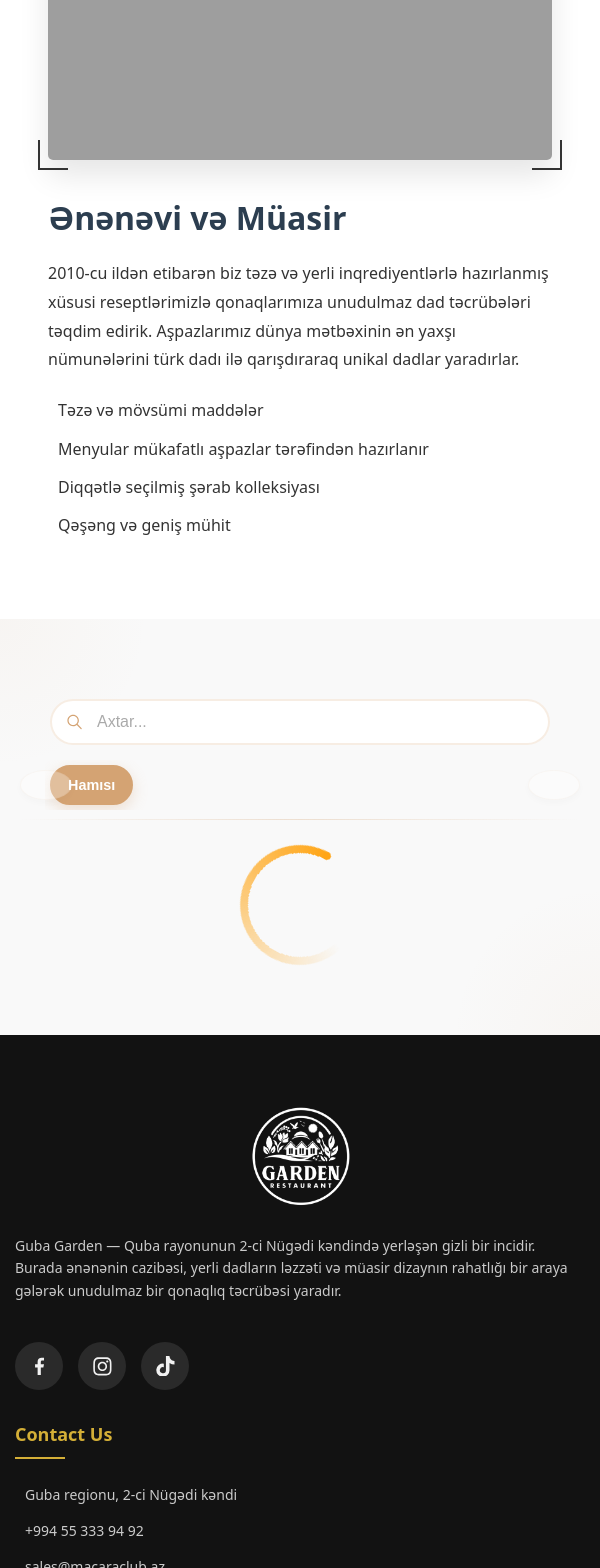
Repository: ferhadsultan98/menu-macara
Page: /
The author's editor kept a copy of each file at every save. The page is drawn from the files as they stood at one save, then again after a run of saves.
The browser window is 600 px wide. The pictures show the part of the page from y = 1058 to 2626 px (the page is 3034 px tall).
Pictures or frames that could not be fetched are drawn as grey boxes. The page's requests for data from a server got no answer. The project was rebuilt for these pictures with package versions that can differ from the ones it lists, and the page was loaded fresh each time. No one was signed in, and anything a server would have sent is missing. Also part of the build but not shown: vite.config.js.

Above is the page before, as saved 2025-04-17 18:02:56.

### index.html
<!doctype html>
<html lang="en">
  <head>
    <meta charset="UTF-8" />
    <link rel="shortcut icon" href="/src/assets/logo.png" type="image/x-icon">
    <meta name="viewport" content="width=device-width, initial-scale=1.0" />
    <title>Guba Garden - Menu</title>
  </head>
  <body>
    <div id="root"></div>
    <script type="module" src="/src/main.jsx"></script>
  </body>
</html>

### src/App.jsx
import React, { useRef } from "react";
import { I18nextProvider } from "react-i18next";
import i18n from "./Languages/i18n";
import "./App.scss";
import MainLayout from "./Components/Common/MainLayout";
import Home from "./Pages/Home/Home";
import MenuSection from "./Pages/MenuSection/MenuSection";

function App() {
  const menuSectionRef = useRef(null);

  const scrollToMenu = () => {
    if (menuSectionRef.current) {
      menuSectionRef.current.scrollIntoView({ behavior: "smooth" });
    }
  };
  return (
    <I18nextProvider i18n={i18n}>
      <div className="app-container">
        <MainLayout>
        <Home scrollToMenu={scrollToMenu} />
          <MenuSection ref={menuSectionRef} />
        </MainLayout>
      </div>
    </I18nextProvider>
  );
}

export default App;

### src/App.scss
* {
  margin: 0;
  padding: 0;
  box-sizing: border-box;
}

body {
  font-family: system-ui, -apple-system, BlinkMacSystemFont, "Segoe UI", Roboto,
    Oxygen, Ubuntu, Cantarell, "Open Sans", "Helvetica Neue", sans-serif;
}

### src/Components/Common/MainLayout.jsx
import React from 'react';
import Header from './Header/Header';
import Footer from './Footer/Footer';

const MainLayout = ({ children }) => {
  return (
    <>
      <Header />
      {children}
      <Footer />
    </>
  );
};

export default MainLayout;

### src/Pages/MenuSection/MenuSection.scss
// Mixins
@mixin flexCenter {
  display: flex;
  justify-content: center;
  align-items: center;
}

@mixin flexBetween {
  display: flex;
  justify-content: space-between;
  align-items: center;
}

@mixin hoverLift {
  transition: all 0.3s cubic-bezier(0.25, 0.8, 0.25, 1);
  &:hover {
    transform: translateY(-8px);
    box-shadow: 0 15px 35px rgba(0, 0, 0, 0.1);
  }
}

// Media query mixins
@mixin mobile {
  @media (max-width: 576px) {
    @content;
  }
}

@mixin tablet {
  @media (max-width: 768px) {
    @content;
  }
}

@mixin laptop {
  @media (max-width: 992px) {
    @content;
  }
}

@mixin desktop {
  @media (max-width: 1200px) {
    @content;
  }
}

// Animations
@keyframes fadeIn {
  from {
    opacity: 0;
    transform: translateY(20px);
  }
  to {
    opacity: 1;
    transform: translateY(0);
  }
}

@keyframes pulse {
  0% {
    transform: scale(1);
  }
  50% {
    transform: scale(1.05);
  }
  100% {
    transform: scale(1);
  }
}

@keyframes slideDown {
  from {
    transform: translateY(-100%);
  }
  to {
    transform: translateY(0);
  }
}

@keyframes searchPulse {
  0% {
    box-shadow: 0 0 0 0 rgba(212, 163, 115, 0.4);
  }
  70% {
    box-shadow: 0 0 0 8px rgba(212, 163, 115, 0);
  }
  100% {
    box-shadow: 0 0 0 0 rgba(212, 163, 115, 0);
  }
}

// Reset and Base Styles
.menuSection {
  padding: 100px 0;
  background-color: #f9f9f9;
  position: relative;
  overflow: hidden;

  @include laptop {
    padding: 80px 0;
  }

  @include tablet {
    padding: 70px 0;
  }

  @include mobile {
    padding: 50px 0;
  }

  &::before,
  &::after {
    content: "";
    position: absolute;
    width: 300px;
    height: 300px;
    border-radius: 50%;
    background: radial-gradient(
      circle,
      rgba(212, 163, 115, 0.05) 0%,
      rgba(212, 163, 115, 0) 70%
    );
    z-index: 0;
  }

  &::before {
    top: -150px;
    left: -150px;
  }

  &::after {
    bottom: -150px;
    right: -150px;
  }

  .container {
    max-width: 1200px;
    margin: 0 auto;
    padding: 0 20px;
    position: relative;
    z-index: 1;

    @include mobile {
      padding: 0 15px;
    }
  }

  &.hasSearchResults {
    .menuGrid {
      animation: fadeIn 0.5s ease forwards;
    }
  }
}

// Sticky Navbar
.menuNavbarWrapper {
  width: 100%;
  z-index: 100;
  transition: all 0.3s ease;
  position: relative;
  margin-bottom: 50px;

  @include tablet {
    margin-bottom: 30px;
  }

  @include mobile {
    margin-bottom: 25px;
  }

  &.sticky {
    position: fixed;
    top: 0;
    left: 0;
    right: 0;
    background-color: rgba(255, 255, 255, 0.98);
    box-shadow: 0 5px 15px rgba(0, 0, 0, 0.1);
    z-index: 1000;
    animation: slideDown 0.3s ease forwards;
    padding: 10px 0;

    .menuNavbarContent {
      padding: 10px 0;
    }

    .menuSearch {
      margin-bottom: 15px;

      .searchInputWrapper {
        max-width: 400px;

        @include mobile {
          max-width: 100%;
        }
      }

      .searchInput {
        padding: 10px 40px 10px 40px;
      }
    }
  }

  .menuNavbarContent {
    padding: 15px 0;
    display: flex;
    flex-direction: column;

    @include tablet {
      padding: 10px 0;
    }
  }
}

// Adjust menu content when navbar is sticky
.sticky + .menuContent {
  padding-top: 110px;

  @include tablet {
    padding-top: 130px;
  }

  @include mobile {
    padding-top: 110px;
  }
}

// Search component
.menuSearch {
  margin-bottom: 20px;

  @include mobile {
    margin-bottom: 15px;
  }

  .searchInputWrapper {
    position: relative;
    width: 100%;
    max-width: 500px;
    margin: 0 auto;
    transition: all 0.3s ease;

    @include mobile {
      max-width: 100%;
    }
  }

  .searchIcon {
    position: absolute;
    left: 15px;
    top: 50%;
    transform: translateY(-50%);
    font-size: 1.2rem;
    color: #d4a373;
    z-index: 2;

    @include mobile {
      font-size: 1rem;
      left: 12px;
    }
  }

  .searchInput {
    width: 100%;
    padding: 12px 40px 12px 45px;
    border-radius: 30px;
    border: 2px solid rgba(212, 163, 115, 0.2);
    font-size: 1rem;
    background-color: white;
    transition: all 0.3s ease;
    appearance: none;

    @include mobile {
      padding: 10px 35px 10px 38px;
      font-size: 0.95rem;
    }

    &:focus {
      outline: none;
      border-color: #d4a373;
      box-shadow: 0 0 0 3px rgba(212, 163, 115, 0.2);
    }

    &::placeholder {
      color: #aaa;
      transition: opacity 0.2s ease;
    }

    &:focus::placeholder {
      opacity: 0.7;
    }
  }

  .clearSearchButton {
    position: absolute;
    right: 15px;
    top: 50%;
    transform: translateY(-50%);
    background: none;
    border: none;
    font-size: 1.5rem;
    color: #aaa;
    cursor: pointer;
    padding: 0;
    width: 20px;
    height: 20px;
    display: flex;
    align-items: center;
    justify-content: center;
    transition: color 0.2s ease;
    z-index: 2;

    @include mobile {
      right: 12px;
      font-size: 1.3rem;
    }

    &:hover {
      color: #d4a373;
      transform: translateY(-50%) scale(1.1);
    }

    &:active {
      transform: translateY(-50%) scale(0.95);
    }
  }

  &.searchActive {
    .searchInput {
      animation: searchPulse 1.5s ease-out;
      border-color: rgba(212, 163, 115, 0.5);
    }
  }
}

// Menu Filter - Enhanced with Overflow Support
.menuFilter {
  position: relative;

  &::before {
    content: "";
    position: absolute;
    left: 0;
    right: 0;
    bottom: -15px;
    height: 1px;
    background: linear-gradient(
      to right,
      rgba(212, 163, 115, 0),
      rgba(212, 163, 115, 0.3),
      rgba(212, 163, 115, 0)
    );
  }

  .menuFilterContainer {
    position: relative;
    padding: 0 40px; // Space for scroll indicators

    @include tablet {
      padding: 0 30px;
    }

    @include mobile {
      padding: 0 25px;
    }

    // Scroll indicators/buttons
    .scrollButton {
      position: absolute;
      top: 50%;
      transform: translateY(-50%);
      width: 36px;
      height: 36px;
      border-radius: 50%;
      background: white;
      border: 1px solid rgba(212, 163, 115, 0.2);
      color: #d4a373;
      display: flex;
      justify-content: center;
      align-items: center;
      cursor: pointer;
      box-shadow: 0 3px 8px rgba(0, 0, 0, 0.08);
      z-index: 5;
      transition: all 0.3s cubic-bezier(0.25, 0.8, 0.25, 1);

      @include tablet {
        width: 30px;
        height: 30px;
      }

      @include mobile {
        width: 28px;
        height: 28px;
      }

      &:hover {
        background: rgba(212, 163, 115, 0.1);
      }

      &.scrollButtonPrev {
        left: 0;
      }

      &.scrollButtonNext {
        right: 0;
      }

      &.scrollButtonDisabled {
        opacity: 0.3;
        cursor: default;

        &:hover {
          background: white;
        }
      }
    }
  }

  .menuFilterList {
    display: flex;
    list-style: none;
    padding: 0;
    margin: 0;
    overflow-x: auto;
    -webkit-overflow-scrolling: touch; // Smooth scrolling on iOS
    scrollbar-width: none; // Firefox
    -ms-overflow-style: none; // IE/Edge
    scroll-behavior: smooth;

    // Hide scrollbar
    &::-webkit-scrollbar {
      display: none;
    }

    // Add padding to allow focus ring visibility
    padding: 5px;
    margin: -5px;
  }

  .menuFilterItem {
    flex: 0 0 auto;
    margin: 0 5px;

    &:first-child {
      margin-left: 0;
    }

    &:last-child {
      margin-right: 0;
    }
  }

  .menuFilterButton {
    background: transparent;
    border: 2px solid transparent;
    font-size: 0.95rem;
    font-weight: 500;
    color: #4a4a4a;
    padding: 12px 20px;
    cursor: pointer;
    transition: all 0.3s cubic-bezier(0.25, 0.8, 0.25, 1);
    text-transform: capitalize;
    border-radius: 30px;
    position: relative;
    overflow: hidden;
    white-space: nowrap;
    box-shadow: 0 3px 10px rgba(0, 0, 0, 0.05);

    @include tablet {
      padding: 10px 16px;
      font-size: 0.9rem;
    }

    @include mobile {
      padding: 8px 14px;
      font-size: 0.85rem;
    }

    // Icon styles
    .menuIcon {
      display: inline-block;
      margin-right: 8px;
      font-size: 0.9rem;

      @include mobile {
        margin-right: 6px;
        font-size: 0.8rem;
      }
    }

    &:hover {
      background-color: rgba(212, 163, 115, 0.1);
      color: #d4a373;
      border-color: rgba(212, 163, 115, 0.2);
    }

    &.menuFilterButtonActive {
      background-color: #d4a373;
      color: white !important;
      font-weight: 600;
      box-shadow: 0 5px 15px rgba(212, 163, 115, 0.3);
      border-color: #d4a373;
    }

    &:focus-visible {
      outline: 2px solid #d4a373;
      outline-offset: 2px;
    }
  }

  .menuFilterChipsDesign {
    .menuFilterButton {
      padding: 8px 16px;
      font-size: 0.85rem;

      @include mobile {
        padding: 6px 12px;
        font-size: 0.8rem;
      }

      .menuIcon {
        margin-right: 6px;
        font-size: 0.8rem;

        @include mobile {
          margin-right: 4px;
          font-size: 0.75rem;
        }
      }
    }
  }
}

// No Results Found
.noResultsFound {
  text-align: center;
  padding: 60px 20px;
  background-color: rgba(255, 255, 255, 0.7);
  border-radius: 12px;
  box-shadow: 0 5px 20px rgba(0, 0, 0, 0.05);

  @include tablet {
    padding: 50px 15px;
  }

  @include mobile {
    padding: 40px 15px;
  }

  h3 {
    color: #d4a373;
    font-size: 1.8rem;
    margin-bottom: 15px;

    @include tablet {
      font-size: 1.6rem;
      margin-bottom: 12px;
    }

    @include mobile {
      font-size: 1.4rem;
      margin-bottom: 10px;
    }
  }

  p {
    color: #777;
    font-size: 1.1rem;
    margin-bottom: 25px;

    @include tablet {
      font-size: 1rem;
      margin-bottom: 20px;
    }

    @include mobile {
      font-size: 0.95rem;
      margin-bottom: 18px;
    }
  }

  .resetFilterButton {
    background-color: #d4a373;
    color: white;
    border: none;
    padding: 12px 25px;
    border-radius: 30px;
    font-size: 1rem;
    font-weight: 500;
    cursor: pointer;
    transition: all 0.3s ease;

    @include mobile {
      padding: 10px 20px;
      font-size: 0.95rem;
    }

    &:hover {
      background-color: darken(#d4a373, 10%);
      transform: translateY(-3px);
      box-shadow: 0 5px 15px rgba(212, 163, 115, 0.3);
    }

    &:focus-visible {
      outline: 2px solid darken(#d4a373, 15%);
      outline-offset: 2px;
    }
  }
}

// Menu Grid - Enhanced
.menuGrid {
  display: grid;
  grid-template-columns: repeat(auto-fill, minmax(350px, 1fr));
  gap: 35px;
  margin-bottom: 50px;

  @include laptop {
    grid-template-columns: repeat(auto-fill, minmax(300px, 1fr));
    gap: 30px;
  }

  @include tablet {
    grid-template-columns: repeat(auto-fill, minmax(280px, 1fr));
    gap: 25px;
  }

  @include mobile {
    grid-template-columns: 1fr;
    gap: 20px;
    margin-bottom: 30px;
  }
}

// Menu Items - Enhanced
.menuItem {
  animation: fadeIn 0.8s ease forwards;

  .menuItemCard {
    background: #ffffff;
    border-radius: 12px;
    overflow: hidden;
    box-shadow: 0 10px 30px rgba(0, 0, 0, 0.08);
    @include hoverLift;
    height: 100%;
    display: flex;
    flex-direction: column;
    position: relative;
  }

  .menuItemImage {
    width: 100%;
    height: 220px;
    overflow: hidden;
    position: relative;

    @include tablet {
      height: 180px;
    }

    @include mobile {
      height: 160px;
    }

    &::after {
      content: "";
      position: absolute;
      bottom: 0;
      left: 0;
      right: 0;
      height: 40%;
      z-index: 1;
    }

    img {
      width: 100%;
      height: 100%;
      object-fit: contain;
      display: block;
      transition: transform 0.7s ease;
      transform: scale(1.1);
    }
  }

  .menuItemCategoryBadge {
    position: absolute;
    top: 15px;
    right: 15px;
    background-color: rgba(212, 163, 115, 0.9);
    color: white;
    font-size: 0.8rem;
    padding: 6px 12px;
    border-radius: 20px;
    font-weight: 600;
    letter-spacing: 1px;
    text-transform: uppercase;
    z-index: 2;
    box-shadow: 0 3px 8px rgba(0, 0, 0, 0.15);

    @include mobile {
      top: 10px;
      right: 10px;
      font-size: 0.7rem;
      padding: 5px 10px;
    }
  }

  .menuItemContent {
    padding: 25px;
    display: flex;
    flex-direction: column;
    flex-grow: 1;
    justify-content: space-between;

    @include tablet {
      padding: 20px;
    }

    @include mobile {
      padding: 18px;
    }
  }

  .menuItemTitle {
    font-size: 1.5rem;
    color: #2e2e2e;
    margin-bottom: 12px;
    font-weight: 600;
    position: relative;

    @include tablet {
      font-size: 1.3rem;
      margin-bottom: 10px;
    }

    @include mobile {
      font-size: 1.2rem;
      margin-bottom: 8px;
    }

    &::after {
      content: "";
      position: absolute;
      bottom: -6px;
      left: 0;
      width: 40px;
      height: 2px;
      background-color: #d4a373;
      border-radius: 2px;

      @include mobile {
        width: 30px;
        bottom: -4px;
      }
    }
  }

  .menuItemDescription {
    font-size: 0.95rem;
    color: #777777;
    margin-bottom: 20px;
    line-height: 1.7;
    flex-grow: 1;

    @include tablet {
      font-size: 0.9rem;
      margin-bottom: 18px;
    }

    @include mobile {
      font-size: 0.85rem;
      margin-bottom: 15px;
      line-height: 1.6;
    }
  }

  .menuItemFooter {
    @include flexBetween;
    margin-top: auto;
  }

  .menuItemPrice {
    font-size: 1.3rem;
    color: #d4a373;
    font-weight: 700;

    @include tablet {
      font-size: 1.2rem;
    }

    @include mobile {
      font-size: 1.1rem;
    }
  }

  .menuItemOrderBtn {
    width: 40px;
    height: 40px;
    border-radius: 50%;
    background-color: #d4a373;
    color: white;
    border: none;
    cursor: pointer;
    @include flexCenter;
    transition: all 0.3s cubic-bezier(0.25, 0.8, 0.25, 1);
    box-shadow: 0 4px 10px rgba(212, 163, 115, 0.3);

    @include mobile {
      width: 36px;
      height: 36px;
    }

    i {
      font-size: 1rem;

      @include mobile {
        font-size: 0.9rem;
      }
    }

    &:hover {
      background-color: darken(#d4a373, 10%);
      transform: translateY(-3px);
      box-shadow: 0 6px 15px rgba(212, 163, 115, 0.4);
    }
  }
}

// Load More Button
.menuLoadMore {
  text-align: center;
  margin: 40px 0;

  @include mobile {
    margin: 30px 0;
  }

  .loadMoreButton {
    background-color: transparent;
    border: 2px solid #d4a373;
    color: #d4a373;
    padding: 14px 35px;
    font-size: 1rem;
    font-weight: 600;
    border-radius: 30px;
    cursor: pointer;
    transition: all 0.3s cubic-bezier(0.25, 0.8, 0.25, 1);

    @include tablet {
      padding: 12px 30px;
    }

    @include mobile {
      padding: 10px 25px;
      font-size: 0.95rem;
    }

    &:hover {
      background-color: #d4a373;
      color: white;
      box-shadow: 0 5px 15px rgba(212, 163, 115, 0.3);
    }

    &:focus-visible {
      outline: 2px solid #d4a373;
      outline-offset: 2px;
    }
  }
}

// Menu Action Section
.menuAction {
  text-align: center;
  margin-top: 60px;
  position: relative;

  @include tablet {
    margin-top: 50px;
  }

  @include mobile {
    margin-top: 40px;
  }

  &::before {
    content: "";
    position: absolute;
    top: -30px;
    left: 50%;
    transform: translateX(-50%);
    width: 100px;
    height: 1px;
    background: linear-gradient(
      to right,
      rgba(212, 163, 115, 0),
      rgba(212, 163, 115, 0.5),
      rgba(212, 163, 115, 0)
    );

    @include mobile {
      width: 80px;
      top: -25px;
    }
  }

  .primaryButton {
    display: inline-flex;
    align-items: center;
    justify-content: center;
    gap: 10px;
    padding: 16px 35px;
    background-color: #d4a373;
    color: white;
    text-decoration: none;
    border-radius: 50px;
    font-size: 1.1rem;
    font-weight: 600;
    transition: all 0.3s cubic-bezier(0.25, 0.8, 0.25, 1);
    letter-spacing: 0.5px;
    box-shadow: 0 8px 20px rgba(212, 163, 115, 0.3);

    @include tablet {
      padding: 14px 30px;
      font-size: 1rem;
    }

    @include mobile {
      padding: 12px 25px;
      font-size: 0.95rem;
      gap: 8px;
    }

    i {
      font-size: 1.2rem;
      transition: transform 0.3s ease;

      @include mobile {
        font-size: 1.1rem;
      }
    }

    &:hover {
      background-color: darken(#d4a373, 10%);
      transform: translateY(-5px);
      box-shadow: 0 12px 25px rgba(212, 163, 115, 0.4);

      i {
        transform: translateX(3px);
      }
    }

    &:active {
      transform: translateY(-2px);
      box-shadow: 0 8px 15px rgba(212, 163, 115, 0.3);
    }

    &:focus-visible {
      outline: 2px solid darken(#d4a373, 15%);
      outline-offset: 2px;
    }
  }
}

// Small screens adjustments
@media (max-width: 400px) {
  .menuSection {
    padding: 40px 0;
  }

  .menuNavbarWrapper {
    margin-bottom: 20px;
  }

  .menuSearch {
    .searchInput {
      padding: 8px 32px 8px 35px;
      font-size: 0.9rem;
    }

    .searchIcon {
      font-size: 0.9rem;
      left: 10px;
    }

    .clearSearchButton {
      right: 10px;
      font-size: 1.2rem;
    }
  }

  .menuFilter {
    .menuFilterContainer {
      padding: 0 22px;
    }

    .scrollButton {
      width: 24px;
      height: 24px;
      padding: 1px;
    }

    .menuFilterButton {
      padding: 6px 12px;
      font-size: 0.8rem;
    }
  }

  .menuItem {
    .menuItemImage {
      height: 140px;
    }

    .menuItemContent {
      padding: 15px;
    }

    .menuItemTitle {
      font-size: 1.1rem;
    }

    .menuItemDescription {
      font-size: 0.8rem;
      margin-bottom: 12px;
    }

    .menuItemPrice {
      font-size: 1rem;
    }
  }

  .menuLoadMore {
    .loadMoreButton {
      padding: 8px 20px;
      font-size: 0.9rem;
    }
  }
}

// Fix specific issues for devices between 576px and 767px
@media (min-width: 577px) and (max-width: 767px) {
  .menuGrid {
    grid-template-columns: repeat(2, 1fr);
    gap: 20px;
  }
}

// Better handling for safari mobile
@supports (-webkit-touch-callout: none) {
  .menuFilterList {
    -webkit-overflow-scrolling: touch;
  }

  .menuItemCard {
    -webkit-transform: translateZ(0);
  }
}

### src/Components/Loading/Loading.jsx
import React from "react";
import "./Loading.scss";

const Loading = () => {
  return <div className="restaurantLoader"></div>;
};

export default Loading;

### src/Components/Loading/Loading.scss
.restaurantLoader {
  width: 120px;
  aspect-ratio: 1;
  border-radius: 50%;
  background: radial-gradient(farthest-side, #ffa516 94%, #0000) top/8px 8px
      no-repeat,
    conic-gradient(#0000 30%, #ffa516);
  -webkit-mask: radial-gradient(farthest-side, #0000 calc(100% - 8px), #000 0);
  animation: l13 1s infinite linear;
  display: flex;
  margin: 0 auto;
}
@keyframes l13 {
  100% {
    transform: rotate(1turn);
  }
}

Loaded but not shown: src/main.jsx (common file); src/Languages/AZ/AZ.json (34 lines, source omitted); src/Languages/EN/EN.json (34 lines, source omitted); src/Languages/RU/RU.json (35 lines, source omitted); src/Languages/i18n.js (38 lines, source omitted); src/Pages/Home/Home.scss (765 lines, source omitted); src/Pages/MenuSection/MenuSection.jsx (419 lines, source omitted); src/Components/Common/Header/Header.scss (377 lines, source omitted); src/Pages/Home/Home.jsx (201 lines, source omitted); src/Components/Common/Footer/Footer.scss (277 lines, source omitted); src/Components/Common/Footer/Footer.jsx (128 lines, source omitted); src/Components/Common/Header/Header.jsx (106 lines, source omitted); src/server/server.jsx (33 lines, source omitted); src/index.css (no stored copy; drawn as an empty file)

After the next 2 saves:
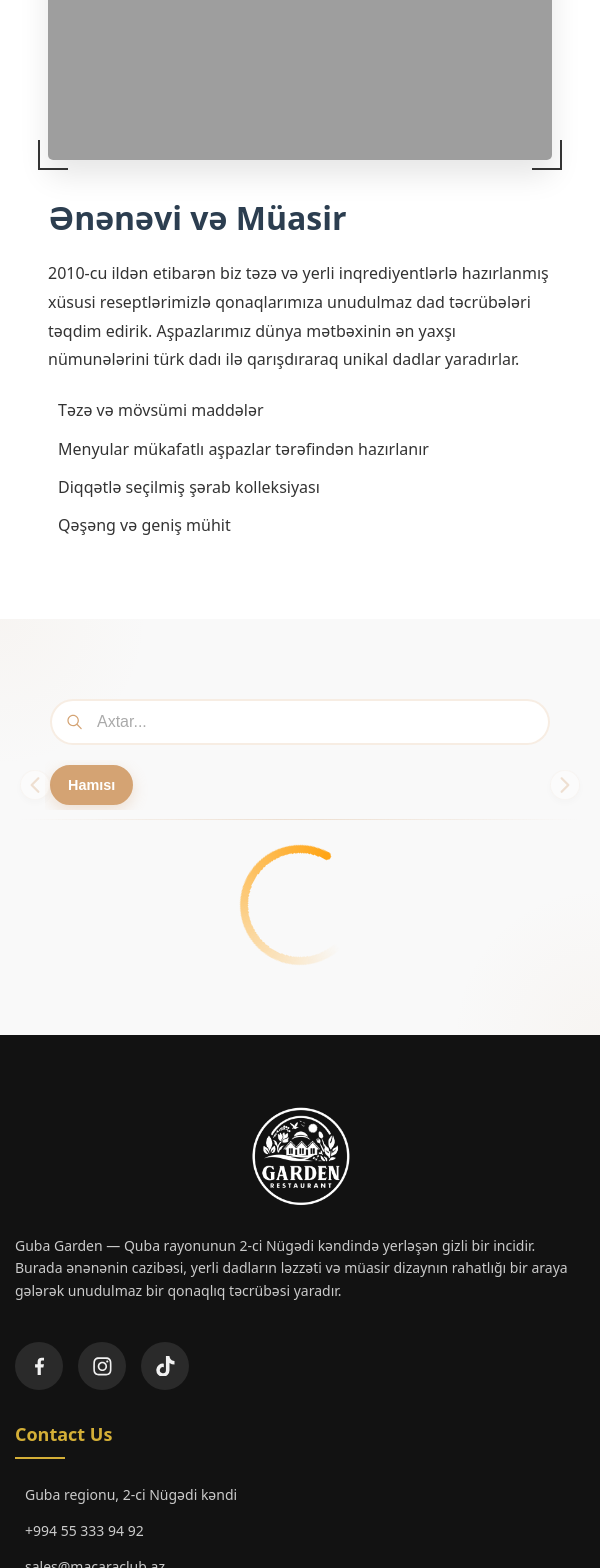
The 2 saves are shown as one change because they came seconds apart.
The last was saved 107 s later.
--- a/src/Pages/MenuSection/MenuSection.scss
+++ b/src/Pages/MenuSection/MenuSection.scss
@@ -1041,6 +1041,9 @@
     grid-template-columns: repeat(2, 1fr);
     gap: 20px;
   }
+  .scrollButton {
+    padding: 1px;
+  }
 }
 
 // Better handling for safari mobile

After the save that followed:
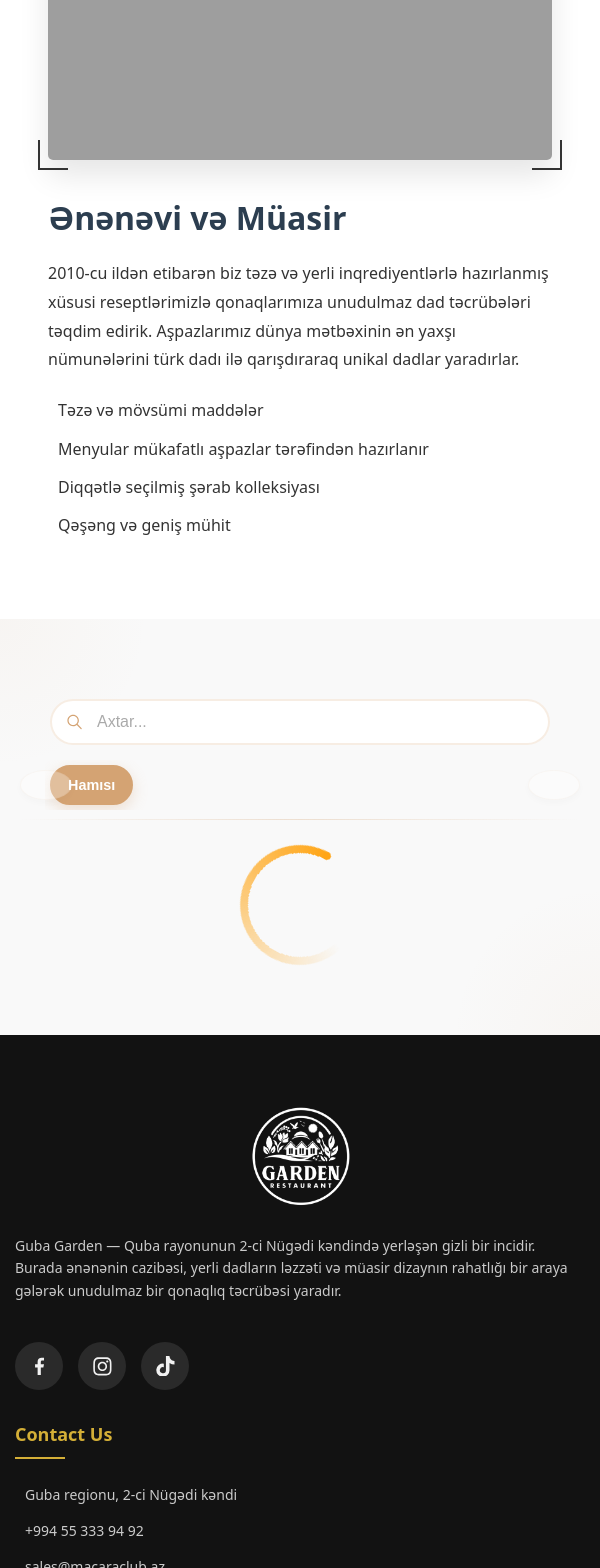
Saved 31 s later.
--- a/src/Pages/MenuSection/MenuSection.scss
+++ b/src/Pages/MenuSection/MenuSection.scss
@@ -1041,9 +1041,7 @@
     grid-template-columns: repeat(2, 1fr);
     gap: 20px;
   }
-  .scrollButton {
-    padding: 1px;
-  }
+
 }
 
 // Better handling for safari mobile
